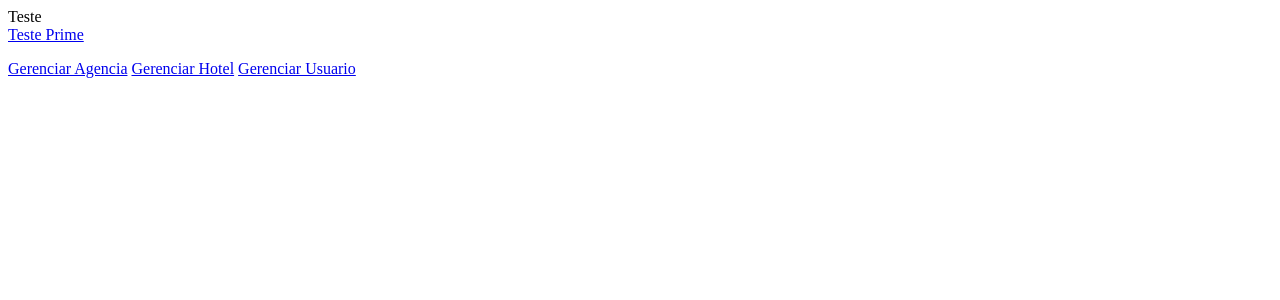
Repository: rayanereis/Agencia-de-Turismo-POOA
Page: AgenciaWEB/WebContent/index.html
These files come from the project's save history. The page is drawn as it stood at one moment and after the next save; the edit follows.
The browser window is 1280 px wide. The pictures show the whole page.

Above is the page before, as saved 2014-10-21 21:20:04.

### AgenciaWEB/WebContent/index.html
<!DOCTYPE html PUBLIC "-//W3C//DTD HTML 4.01 Transitional//EN" "http://www.w3.org/TR/html4/loose.dtd">
<html>
<head>
<meta http-equiv="Content-Type" content="text/html; charset=UTF-8">
<title>Insert title here</title>
</head>
<body>
Teste</br>

<a href="prime.xhtml">Teste Prime</a><p />
<a href="agencia.xhtml">Gerenciar Agencia</a>
<a href="hotel.xhtml">Gerenciar Hotel</a>
<a href="usuario.xhtml">Gerenciar Usuario</a>

</body>
</html>

After the next save:
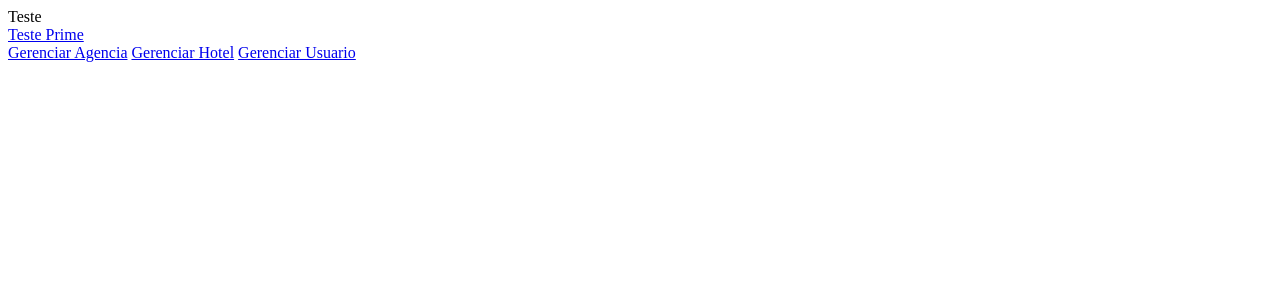
Saved 2 min 26 s later.
--- a/AgenciaWEB/WebContent/index.html
+++ b/AgenciaWEB/WebContent/index.html
@@ -7,7 +7,7 @@
 <body>
 Teste</br>
 
-<a href="prime.xhtml">Teste Prime</a><p />
+<a href="prime.xhtml">Teste Prime</a><br>
 <a href="agencia.xhtml">Gerenciar Agencia</a>
 <a href="hotel.xhtml">Gerenciar Hotel</a>
 <a href="usuario.xhtml">Gerenciar Usuario</a>
